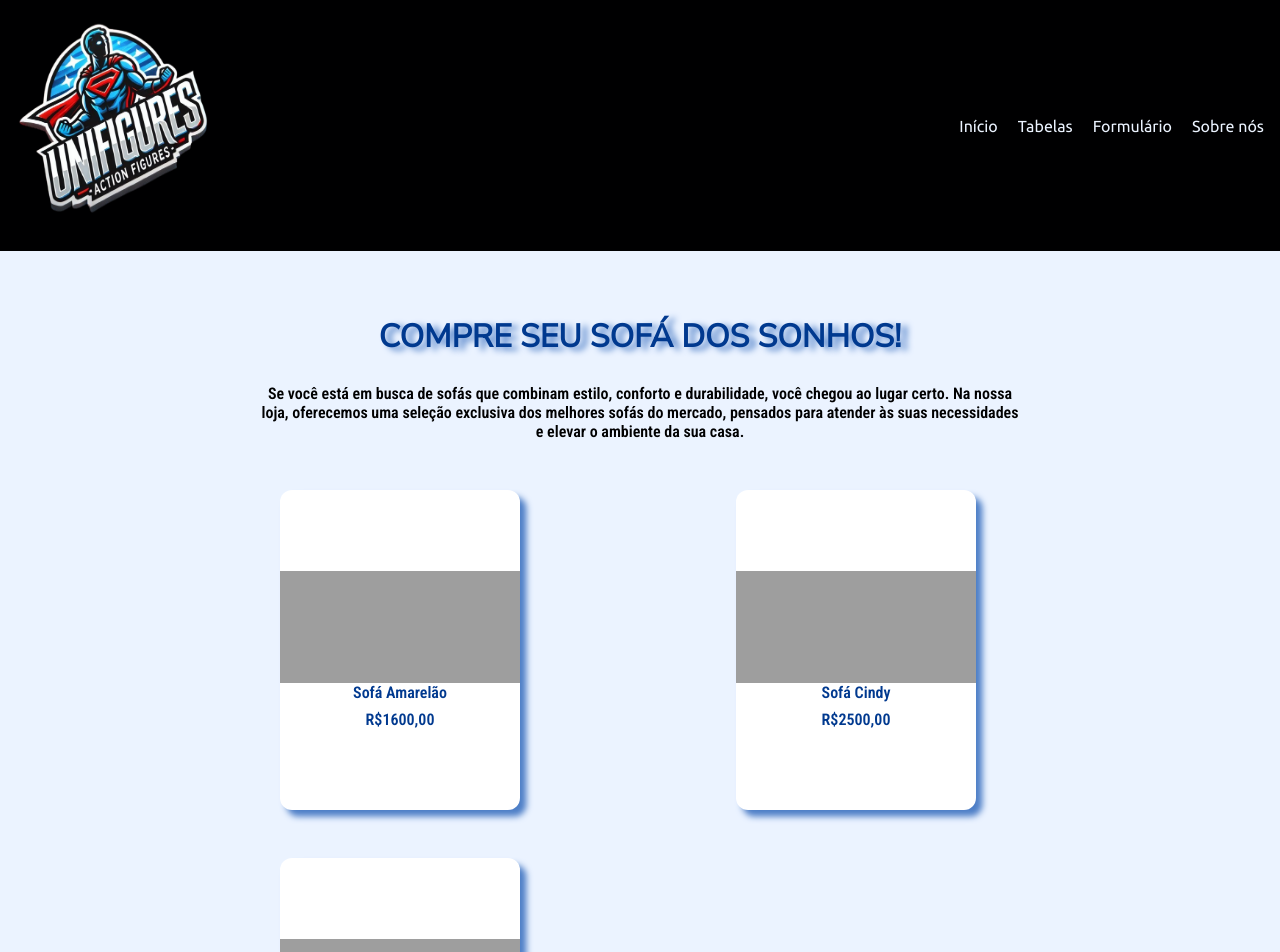
Repository: rafaelhaltarribaFacul/projeto-site
Page: home.html
These files come from the project's save history. The page is drawn as it stood at one moment and after the next save; the edit follows.
The browser window is 1280 px wide. The pictures show the part of the page from y = 0 to 952 px (the page is 1919 px tall).
Pictures or frames that could not be fetched are drawn as grey boxes. A picture or video elsewhere on the page could not be fetched, so the positions and the page height are approximate. Some web fonts or font styles are not loaded; a fallback is used.

Above is the page before, as saved 2024-09-19 20:17:09.

After the next save:
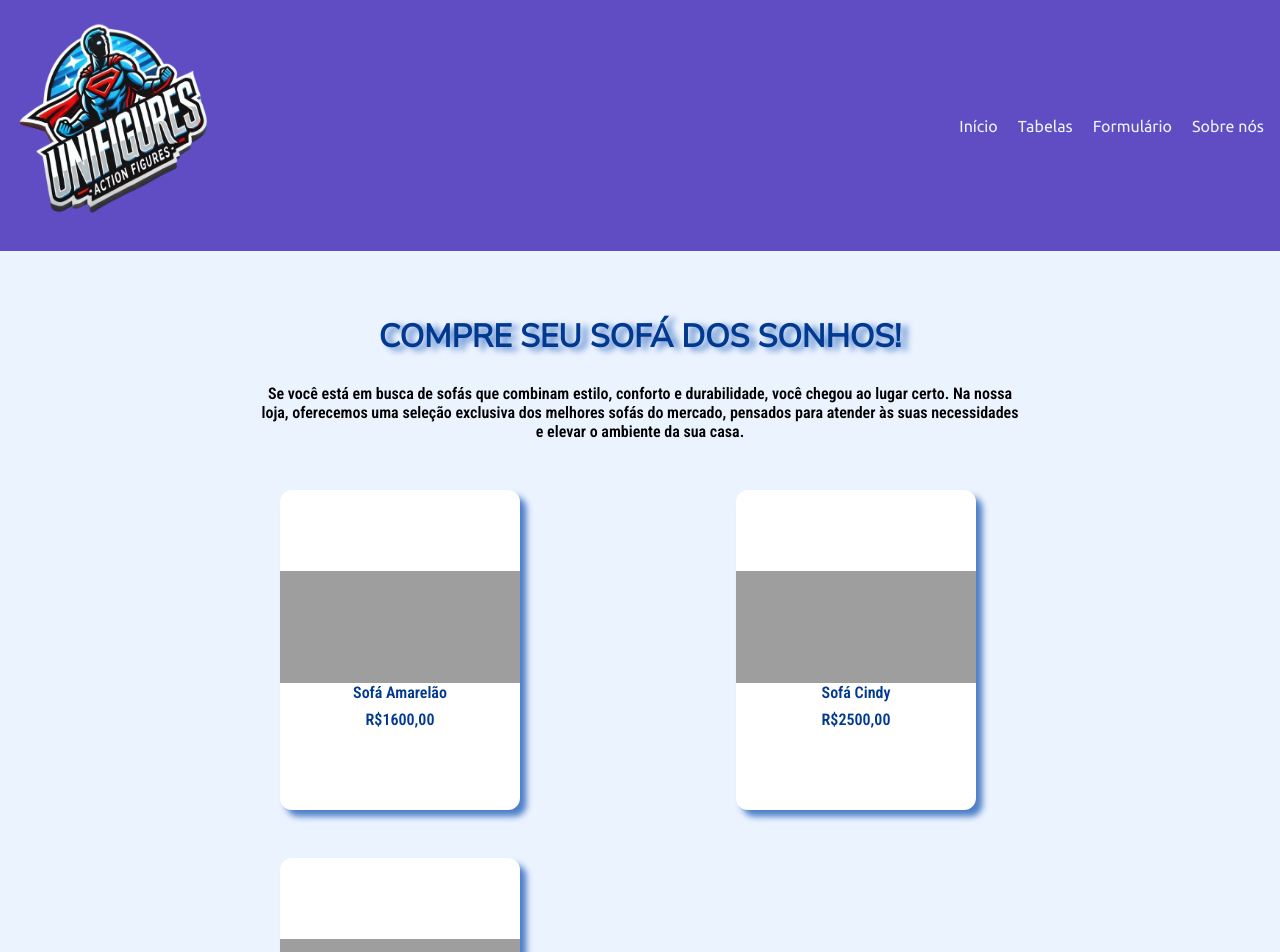
Saved 14 s later.
--- a/css/home.css
+++ b/css/home.css
@@ -43,7 +43,7 @@ body {
     align-items: center;
     padding: 1rem;
     flex-wrap: wrap;
-    background-color: var(--cor-quintenaria);
+    background-color: var(--cor-fundocabecalho);
 }
 
 .cabecalho__logo {
